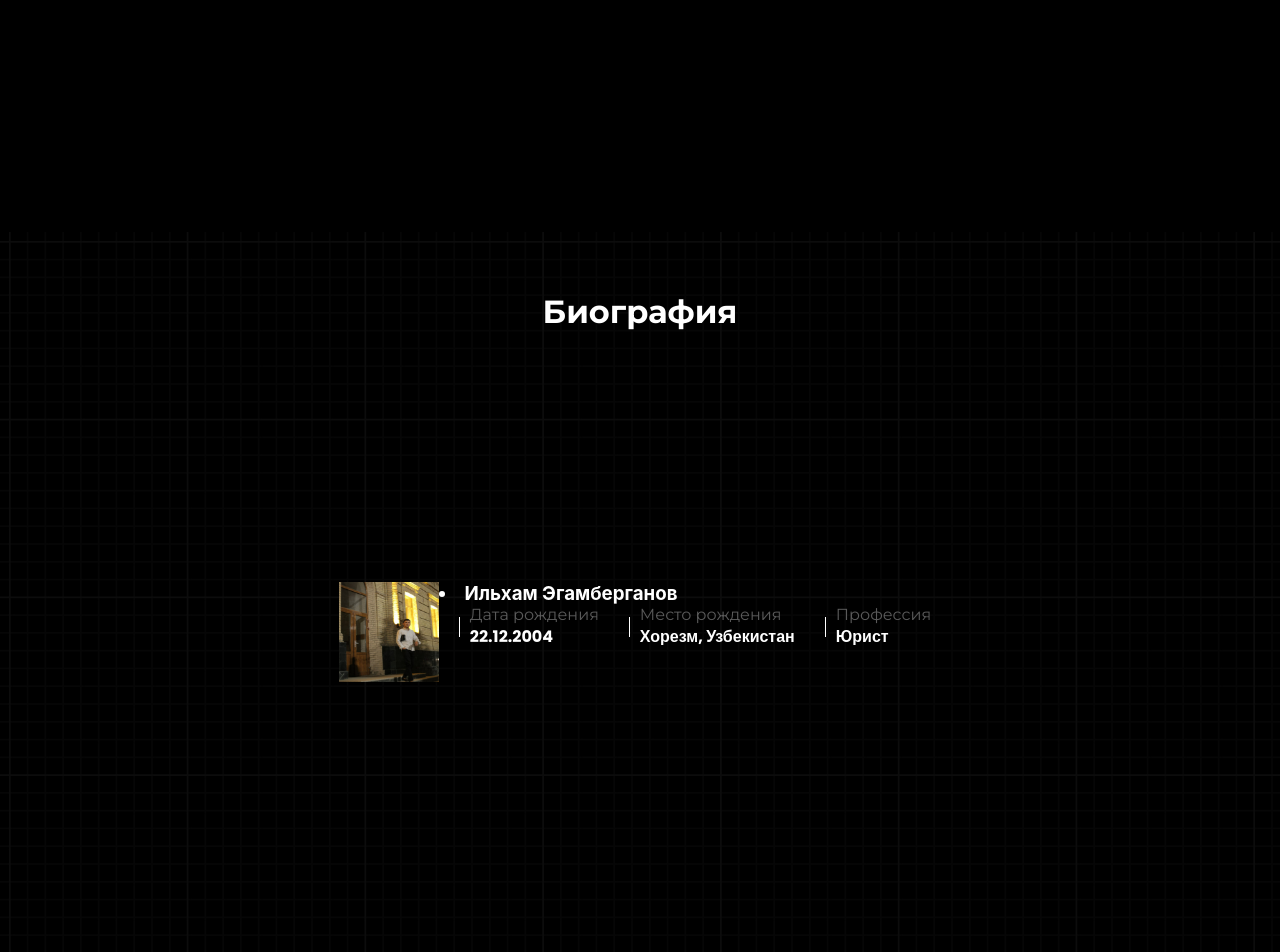
Repository: sardorexe/xishnik
Page: /
These files come from the project's save history. The page is drawn as it stood at one moment and after the next save; the edit follows.
The browser window is 1280 px wide. The pictures show the part of the page from y = 488 to 1440 px (the page is 1440 px tall).
Pictures or frames that could not be fetched are drawn as grey boxes. Some icons come from a web library that is not loaded, so they are not drawn. Some web libraries are served in a nearby version. The project was rebuilt for these pictures with package versions that can differ from the ones it lists, and the page was loaded fresh each time. Some packages were replaced by stand-ins written for this rebuild. The framework's server and built-in components were replaced by stand-ins that run in the browser. Also part of the build but not shown: next.config.js.

Above is the page before, as saved 2021-09-27 15:51:19.

### pages/_app.js
import "../styles/globals.css";
import Layout from "../comps/layout";
import Head from "next/head";

function MyApp({ Component, pageProps }) {
  return (
    <>
      <Head>
        <link
          rel="stylesheet"
          href="https://pro.fontawesome.com/releases/v5.10.0/css/all.css"
          integrity="sha384-AYmEC3Yw5cVb3ZcuHtOA93w35dYTsvhLPVnYs9eStHfGJvOvKxVfELGroGkvsg+p"
          crossorigin="anonymous"
        />
      </Head>
      <Layout>
        <Component {...pageProps} />
      </Layout>
    </>
  );
}

export default MyApp;

### pages/_document.js
import Document, { Html, Head, Main, NextScript } from "next/document";

class MyDocument extends Document {
  static async getInitialProps(ctx) {
    const initialProps = await Document.getInitialProps(ctx);
    return { ...initialProps };
  }

  render() {
    return (
      <Html lang="en">
        <Head />
        <body>
          <Main />
          <NextScript />
        </body>
      </Html>
    );
  }
}

export default MyDocument

### pages/index.js
import Head from "next/head";
import Biography from "../comps/Biography";
import Header from "../comps/Header";

export default function Home() {
  return (
    <>
      <Head>
        <title>Xishnik</title>
        <meta name="description" content="Xishnik gang bang" />
        <link rel="preconnect" href="https://fonts.googleapis.com" />
        <link rel="preconnect" href="https://fonts.gstatic.com" crossOrigin />
        <link
          href="https://fonts.googleapis.com/css2?family=Montserrat:wght@100;300;400;700&family=Poppins:wght@300;400;500;700&family=Quicksand:wght@700&display=swap"
          rel="stylesheet"
        />
      </Head>
      <Header />
      <Biography />
    </>
  );
}

### styles/globals.css
::-webkit-scrollbar {
  display: none;
}

html,
body {
  padding: 0;
  margin: 0;
  font-family: -apple-system, BlinkMacSystemFont, Segoe UI, Roboto, Oxygen,
    Ubuntu, Cantarell, Fira Sans, Droid Sans, Helvetica Neue, sans-serif;
  box-sizing: border-box;
}

h1,
h2,
h3,
h4,
h5,
h6,
p {
  margin: 0;
  padding: 0;
}

a {
  color: inherit;
  text-decoration: none;
}

* {
  box-sizing: border-box;
}

### comps/layout.js
import Indicator from "./Indicator";

export default function Layout({ children }) {
  return (
    <>
      <Indicator />
      {children}
    </>
  );
}

### comps/Biography.js
import styles from "../styles/Biography.module.css";
import Image from "next/image";
import AboutBox from "./miniComp/AboutBox";

export default function Biography() {
  return (
    <main className={styles.container}>
      <h1 className={styles.contentTitle}>Биография</h1>
      <div className={styles.parentContent}>
        <div className={styles.img}>
          <Image
            alt="xishnik, ilhom, xiwnik, hishnik, hiwnik, litsey, yurist, xorazm, gurlan"
            src="/biography.jpg"
            width={100}
            height={100}
          />
        </div>
        <div className={styles.content}>
          <h3>
            <li>Ильхaм Эгамберганов</li>
          </h3>
          <div className={styles.about}>
            <AboutBox
              icon="fal fa-calendar"
              title="Дата рождения"
              content="22.12.2004"
            />
            <AboutBox
              icon="fas fa-map-marker-alt"
              title="Место рождения"
              content="Хорезм, Узбекистан"
            />
            <AboutBox
              icon="fas fa-briefcase"
              title="Профессия"
              content="Юрист"
            />
          </div>
        </div>
      </div>
      <div className={styles.freeContent}></div>
    </main>
  );
}

### comps/Header.js
import styles from "../styles/Home.module.css";

export default function Header() {
  return (
    <>
      <header className={styles.header}>
        <div className={styles.background}>
          <video
            loop
            muted
            autoPlay
            style={{
              objectFit: "cover",
              height: "100%",
              width: "40%",
              opacity: "0.6",
            }}
            src="/background.mp4"
          ></video>
        </div>
        <div className={styles.content}>
          <div className={styles.textContent}>
            <h1>XISHNIK GANG</h1>
            <li> -- Я получу всё что хочу</li>
          </div>
        </div>
      </header>
    </>
  );
}

### comps/Indicator.js
import { useState, useEffect } from "react";

export default function Indicator() {
  const [width, setWidth] = useState(0);
  const watchScrolling = () => {
    let winScroll =
      document.body.scrollTop || document.documentElement.scrollTop;
    let height =
      document.documentElement.scrollHeight -
      document.documentElement.clientHeight;
    let scrolled = (winScroll / height) * 100;
    setWidth(scrolled);
  };

  useEffect(() => {
    window.onscroll = function () {
      watchScrolling();
    };
  }, [width]);

  return (
    <>
      <div className="indicator"></div>
      <style jsx>{`
        .indicator {
          position: fixed;
          top: 0;
          left: 0;
          width: ${width}%;
          height: 4px;
          background: #fff;
          z-index: 99999999;
        }
      `}</style>
    </>
  );
}

### styles/Biography.module.css
.container {
  height: 100vh;
  background: url(/background.jpg);
  background-size: cover;
  background-repeat: no-repeat;
  display: flex;
  flex-direction: column;
  justify-content: space-between;
  align-items: center;
  color: #fff;
}

.contentTitle {
  font-family: "Montserrat", sans-serif;
  font-weight: bold;
  margin-top: 60px;
}

.parentContent {
    display: flex;
    fle
}

.content {

}

.about {
  display: flex;
  flex-direction: row;
  align-items: center;
  justify-content: space-between;
  flex-wrap: wrap;
}

.freeContent {
  margin-top: 15px;
}

### comps/miniComp/AboutBox.js
export default function AboutBox({ icon, title, content }) {
  return (
    <>
      <div className="aboutBox">
        <div className="icon">
          <i className={icon}></i>
        </div>
        <div className="text">
          <p className="title">{title}</p>
          <p className="content">{content}</p>
        </div>
      </div>
      <style jsx>{`
        .aboutBox {
          display: flex;
          flex-direction: row;
          align-items: center;
          justify-content: center;
          margin: 0 10px 10px 0;
        }

        .icon {
          display: flex;
          align-items: center;
          justify-content: center;
          margin-right: 10px;
          padding: 10px;
          border-right: 1px solid #fff;
        }

        .title {
          font-family: "Montserrat", sans-serif;
          color: #5a5a5a;
        }

        .content {
          font-family: "Poppins", sans-serif;
          font-weight: bold;
        }

        .icon i {
          color: #fff;
        }
      `}</style>
    </>
  );
}

### styles/Home.module.css
.header {
  background-color: #000;
  height: 100vh;
  display: flex;
  justify-content: center;
  align-items: center;
}

.background {
  width: 80%;
  height: 100vh;
  position: absolute;
  top: 0;
  left: 0;
}

.content {
  margin-left: 80px;
  width: 60%;
  height: 100%;
  z-index: 9999;
  display: flex;
  justify-content: center;
  align-items: center;
  background: rgb(0, 0, 0);
}

.content h1 {
  font-family: 'Racing Sans One', cursive;
  font-size: 46px;
  margin: 0;
  font-weight: 700;
  z-index: 9999;
  color: #fff;
}

.content li {
  color: rgba(255, 255, 255, 0.527);
  font-family: 'Inter', sans-serif;
  font-weight: lighter;
}

After the next save:
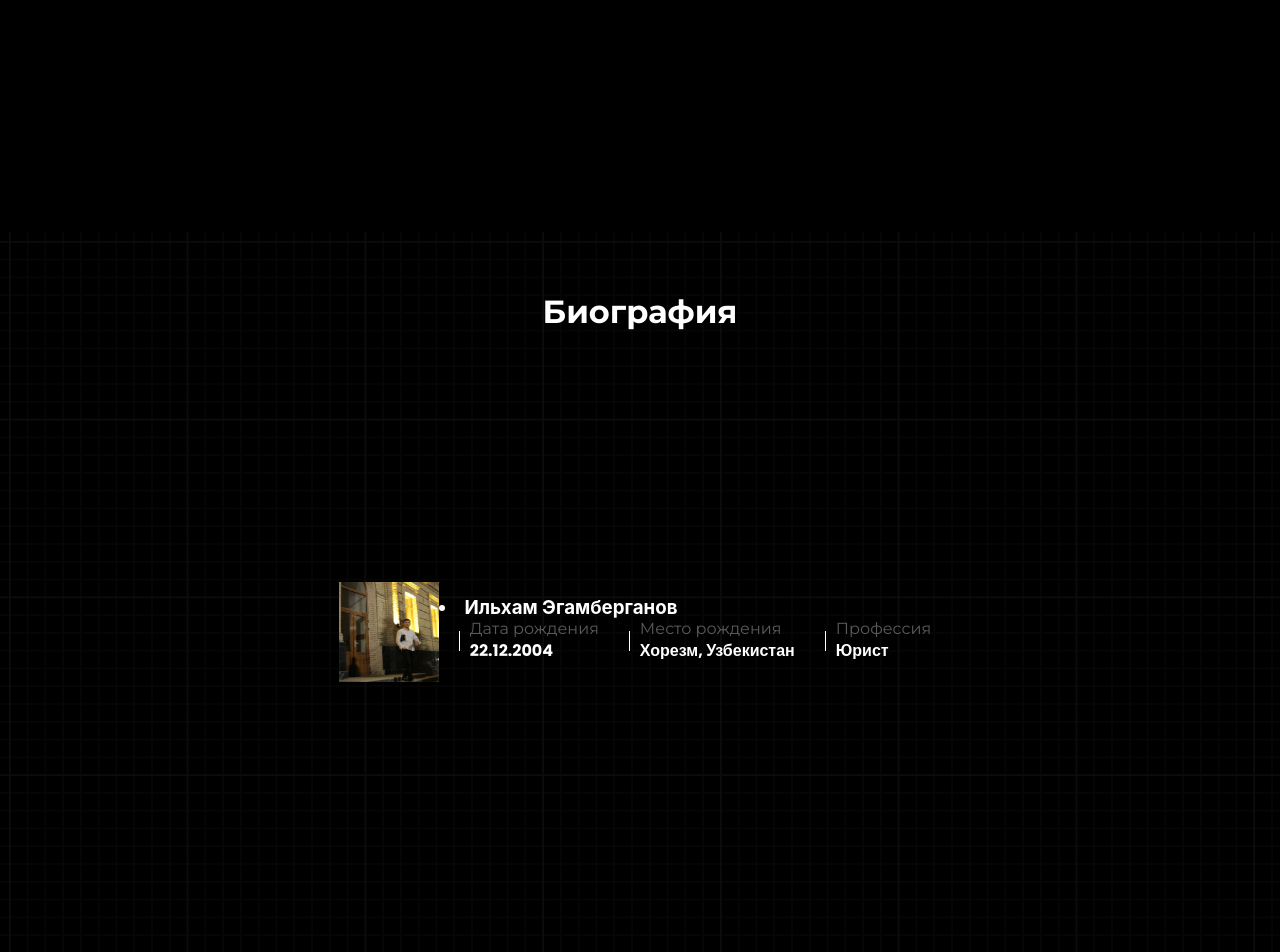
Saved 9 s later.
--- a/styles/Biography.module.css
+++ b/styles/Biography.module.css
@@ -18,7 +18,9 @@
 
 .parentContent {
     display: flex;
-    fle
+    flex-direction: row;
+    align-items: center;
+    justify-content: center;
 }
 
 .content {
